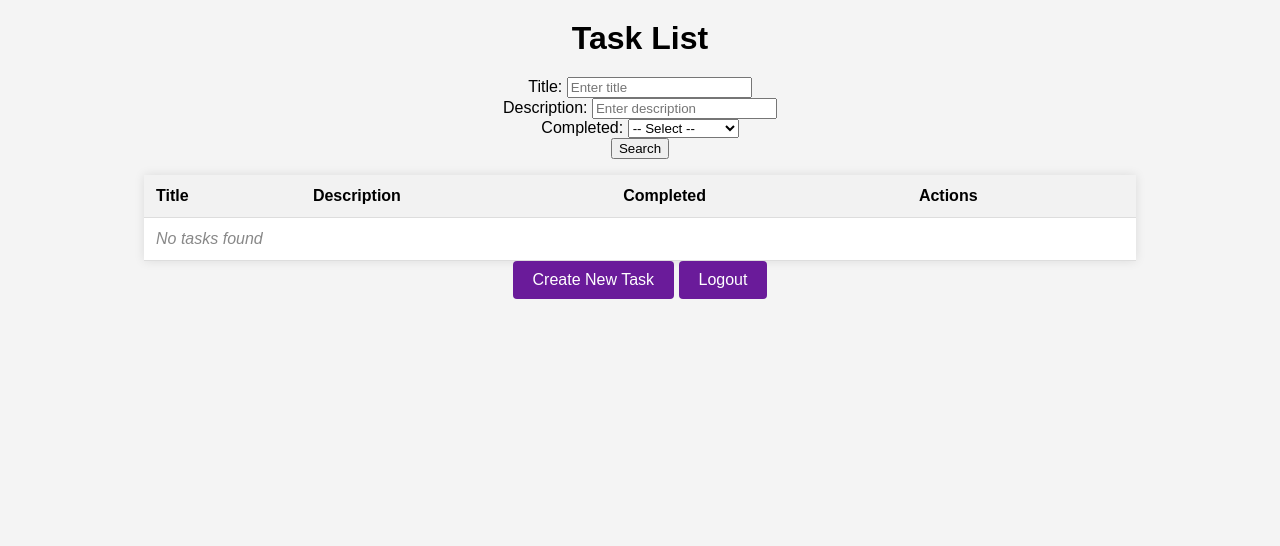
Repository: anchalsinghrajput/spring-MVC
Page: http://localhost/todoList/views/taskList.jsp
These files come from the project's save history. The page is drawn as it stood at one moment and after the next save; the edit follows.
The browser window is 1280 px wide. The pictures show the whole page.
The page is served by Tomcat 10.

Above is the page before, as saved 2023-11-16 08:07:10.

After the next save:
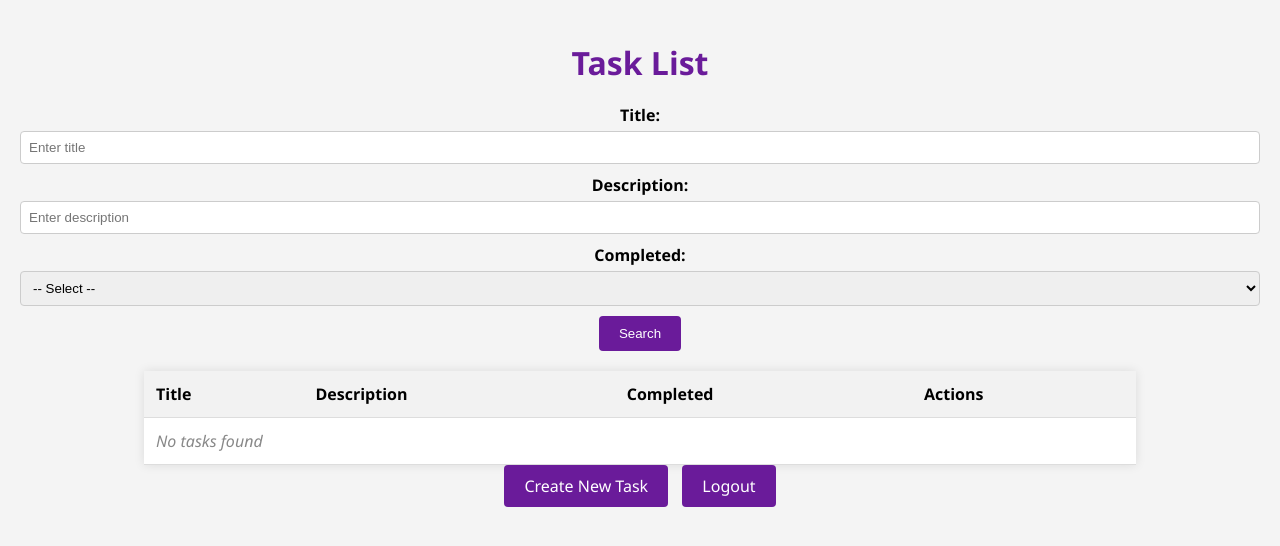
Saved 7 s later.
--- a/todoList/src/main/webapp/views/taskList.jsp
+++ b/todoList/src/main/webapp/views/taskList.jsp
@@ -2,12 +2,13 @@
 <%@ page import="java.util.List" %>
 <%@ page import="com.infosys.anchal.todoList.entity.Task" %>
 <%@ page import="java.util.ArrayList" %>
+<!DOCTYPE html>
 <html>
 <head>
     <title>Task List</title>
     <style>
         body {
-            font-family: Arial, sans-serif;
+            font-family: 'Segoe UI', Tahoma, Geneva, Verdana, sans-serif;
             background-color: #f4f4f4;
             margin: 0;
             padding: 20px;
@@ -15,6 +16,36 @@
         }
         h1 {
             margin-bottom: 20px;
+            color: #6a1b9a;
+        }
+        form {
+            margin-bottom: 20px;
+        }
+        form label {
+            display: block;
+            margin-bottom: 5px;
+            font-weight: bold;
+        }
+        form input[type="text"],
+        form select {
+            width: 100%;
+            padding: 8px;
+            margin-bottom: 10px;
+            border: 1px solid #ccc;
+            border-radius: 4px;
+            box-sizing: border-box;
+        }
+        form button {
+            padding: 10px 20px;
+            color: #fff;
+            background-color: #6a1b9a;
+            border: none;
+            border-radius: 4px;
+            cursor: pointer;
+            transition: background-color 0.3s ease;
+        }
+        form button:hover {
+            background-color: #9c27b0;
         }
         table {
             width: 80%;
@@ -44,6 +75,11 @@
             border-radius: 4px;
             cursor: pointer;
             transition: background-color 0.3s ease;
+            margin-right: 10px;
+            margin-bottom: 10px;
+        }
+        .button:last-child {
+            margin-right: 0;
         }
         .button:hover {
             background-color: #9c27b0;
@@ -55,32 +91,27 @@
         .action-links {
             white-space: nowrap;
         }
-        .action-links a {
-            display: inline-block;
-            margin-right: 10px;
-            margin-bottom: 10px;
-        }
     </style>
 </head>
 <body>
     <h1>Task List</h1>
 
     <form action="/tasks/search" method="get">
-    <label for="title">Title:</label>
-    <input type="text" id="title" name="title" placeholder="Enter title"><br>
+        <label for="title">Title:</label>
+        <input type="text" id="title" name="title" placeholder="Enter title"><br>
 
-    <label for="description">Description:</label>
-    <input type="text" id="description" name="description" placeholder="Enter description"><br>
+        <label for="description">Description:</label>
+        <input type="text" id="description" name="description" placeholder="Enter description"><br>
 
-    <label for="completed">Completed:</label>
-    <select id="completed" name="completed">
-        <option value="">-- Select --</option>
-        <option value="true">Completed</option>
-        <option value="false">Not Completed</option>
-    </select><br>
+        <label for="completed">Completed:</label>
+        <select id="completed" name="completed">
+            <option value="">-- Select --</option>
+            <option value="true">Completed</option>
+            <option value="false">Not Completed</option>
+        </select><br>
 
-    <button type="submit">Search</button>
-</form>
+        <button type="submit">Search</button>
+    </form>
 
     <table>
         <tr>
@@ -90,28 +121,23 @@
             <th>Actions</th>
         </tr>
 
-        <%
-        List<Task> userTasks = (List<Task>) request.getAttribute("userTasks");
+        <% List<Task> userTasks = (List<Task>) request.getAttribute("userTasks");
         if (userTasks != null && !userTasks.isEmpty()) {
-            for (Task task : userTasks) {
-        %>
-            <tr>
-                <td><%= task.getTitle() %></td>
-                <td><%= task.getDescription() %></td>
-                <td>
-                 <input type="checkbox" <%= task.isCompleted() ? "checked" : "" %>/>
-                </td>
-                <td class="action-links">
-                    <a href="/tasks/edit/<%= task.getId() %>" class="button">Edit</a>
-                    <a href="/tasks/delete/<%= task.getId() %>" class="button">Delete</a>
-                </td>
-            </tr>
-        <%
-            }
-        } else {
-            out.println("<tr><td colspan='4' class='no-tasks'>No tasks found</td></tr>");
-        }
-        %>
+            for (Task task : userTasks) { %>
+                <tr>
+                    <td><%= task.getTitle() %></td>
+                    <td><%= task.getDescription() %></td>
+                    <td>
+                        <input type="checkbox" <%= task.isCompleted() ? "checked" : "" %>/>
+                    </td>
+                    <td class="action-links">
+                        <a href="/tasks/edit/<%= task.getId() %>" class="button">Edit</a>
+                        <a href="/tasks/delete/<%= task.getId() %>" class="button">Delete</a>
+                    </td>
+                </tr>
+        <% } } else { %>
+                <tr><td colspan='4' class='no-tasks'>No tasks found</td></tr>
+        <% } %>
     </table>
 
     <a href="/tasks/create" class="button">Create New Task</a>
